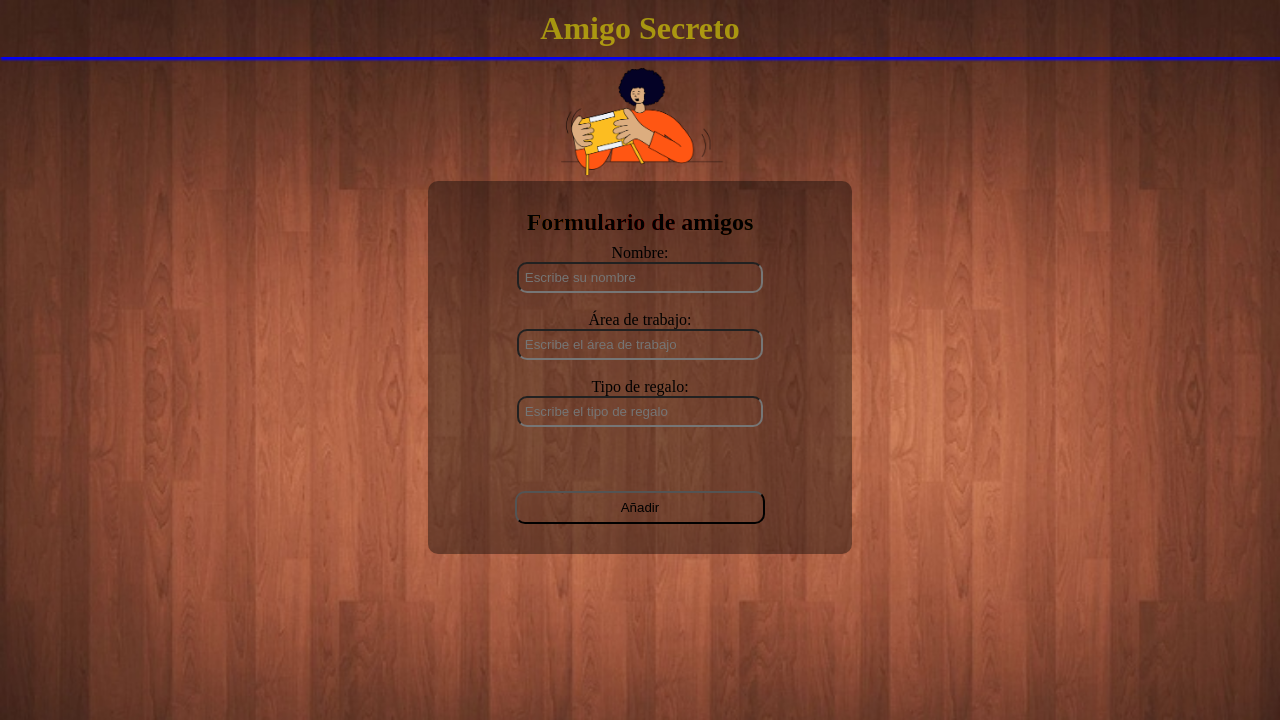
Repository: ye909/secreto
Page: index.html
An editor plug-in stored every save of this project. The page is shown before and after the next save, followed by the edit.
The browser window is 1280 px wide. The pictures show the whole page.

Above is the page before, as saved 2025-01-25 09:39:00.

After the next save:
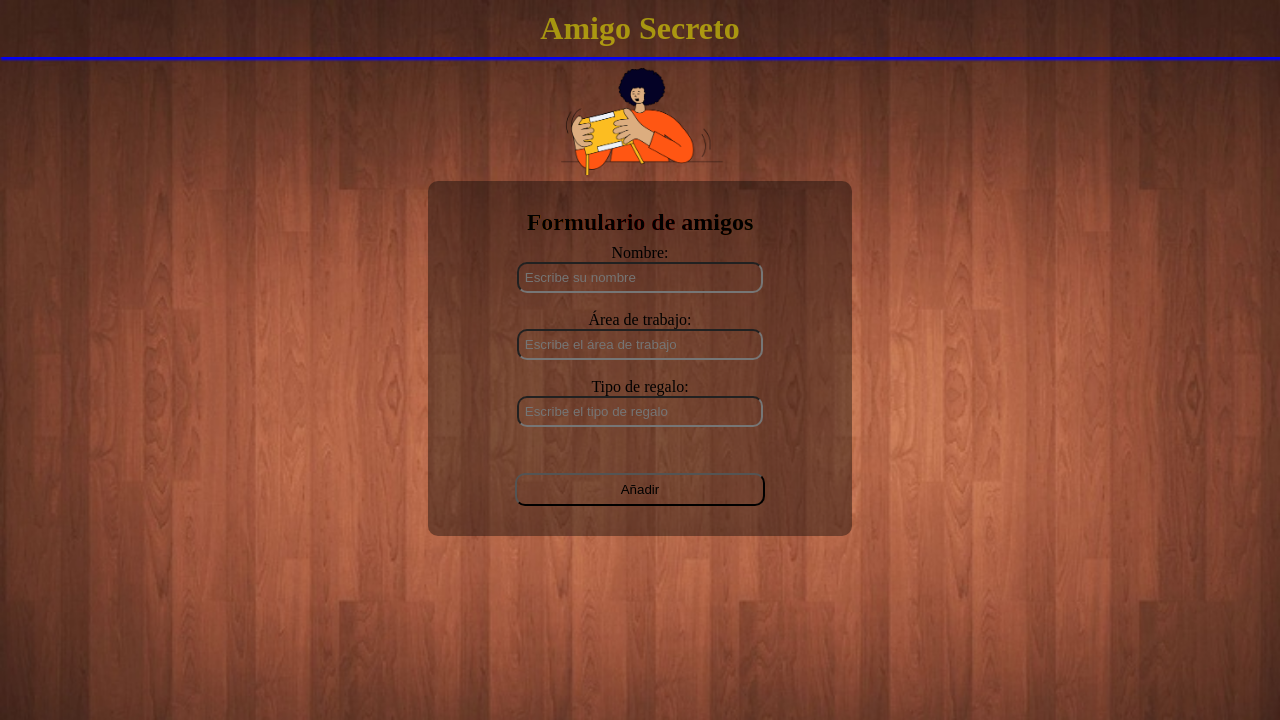
Saved 52 s later.
--- a/index.html
+++ b/index.html
@@ -26,7 +26,7 @@
 
                 <label for="tipoRegalo">Tipo de regalo:</label><br>
                 <input type="text" id="tipoRegalo" class="input-regalo" placeholder="Escribe el tipo de regalo"><br><br>
-<br><span id="mensaje"></span>
+<span id="mensaje"></span>
 <br>
                 <button class="button-add" id="button-add">Añadir</button>
             </form>
